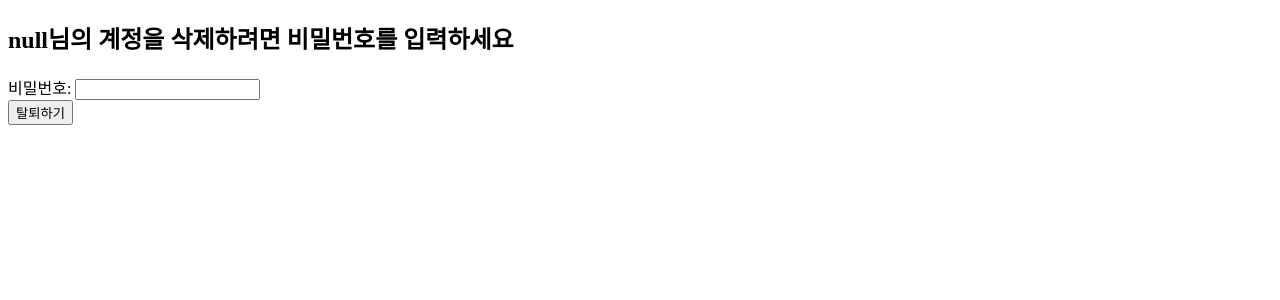
Repository: DearMyStore/ui-test
Page: http://localhost/HotelReservationSystem/deleteAccount.jsp
These files come from the project's save history. The page is drawn as it stood at one moment and after the next save; the edit follows.
The browser window is 1280 px wide. The pictures show the whole page.
The page is served by Tomcat 9.

Above is the page before, as saved 2025-05-27 13:29:52.

### HRS/HotelReservationSystem/src/main/webapp/deleteAccount.jsp
<%@ page language="java" contentType="text/html; charset=UTF-8" pageEncoding="UTF-8"%>
<%
    String sessionPassword = (String) session.getAttribute("password");
    String sessionUsername = (String) session.getAttribute("username");
    boolean deleted = false;

    if ("POST".equalsIgnoreCase(request.getMethod())) {
        String inputPassword = request.getParameter("password");

        if (sessionPassword != null && sessionPassword.equals(inputPassword)) {
            session.invalidate(); // 세션 삭제
            deleted = true;
        }
    }
%>
<!DOCTYPE html>
<html>
<head>
    <meta charset="UTF-8">
    <title>회원 탈퇴</title>
</head>
<body>
<% if (deleted) { %>
    <h3>회원 탈퇴가 완료되었습니다.</h3>
    <a href="register.jsp">다시 가입하기</a>
<% } else if ("POST".equalsIgnoreCase(request.getMethod())) { %>
    <h3>비밀번호가 일치하지 않습니다.</h3>
    <a href="deleteAccount.jsp">돌아가기</a>
<% } else { %>
    <h2><%= sessionUsername %>님의 계정을 삭제하려면 비밀번호를 입력하세요</h2>
    <form method="post">
        비밀번호: <input type="password" name="password" required><br>
        <input type="submit" value="탈퇴하기">
    </form>
<% } %>
</body>
</html>

After the next save:
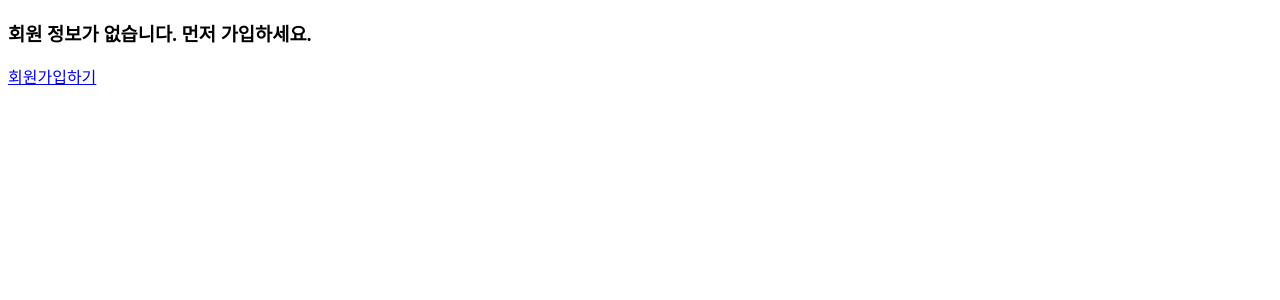
Saved 13 s later.
--- a/HRS/HotelReservationSystem/src/main/webapp/deleteAccount.jsp
+++ b/HRS/HotelReservationSystem/src/main/webapp/deleteAccount.jsp
@@ -1,15 +1,15 @@
 <%@ page language="java" contentType="text/html; charset=UTF-8" pageEncoding="UTF-8"%>
 <%
+    String sessionUsername = (String) session.getAttribute("username");
     String sessionPassword = (String) session.getAttribute("password");
-    String sessionUsername = (String) session.getAttribute("username");
-    boolean deleted = false;
+    boolean success = false;
 
     if ("POST".equalsIgnoreCase(request.getMethod())) {
         String inputPassword = request.getParameter("password");
 
         if (sessionPassword != null && sessionPassword.equals(inputPassword)) {
-            session.invalidate(); // 세션 삭제
-            deleted = true;
+            session.invalidate();
+            success = true;
         }
     }
 %>
@@ -20,18 +20,23 @@
     <title>회원 탈퇴</title>
 </head>
 <body>
-<% if (deleted) { %>
+<% if (success) { %>
     <h3>회원 탈퇴가 완료되었습니다.</h3>
-    <a href="register.jsp">다시 가입하기</a>
+    <a href="menu.jsp">← 메뉴로 돌아가기</a>
 <% } else if ("POST".equalsIgnoreCase(request.getMethod())) { %>
     <h3>비밀번호가 일치하지 않습니다.</h3>
-    <a href="deleteAccount.jsp">돌아가기</a>
-<% } else { %>
-    <h2><%= sessionUsername %>님의 계정을 삭제하려면 비밀번호를 입력하세요</h2>
+    <a href="deleteAccount.jsp">다시 시도하기</a>
+<% } else if (sessionUsername != null) { %>
+    <h2><%= sessionUsername %>님, 탈퇴하시려면 비밀번호를 입력하세요</h2>
     <form method="post">
         비밀번호: <input type="password" name="password" required><br>
         <input type="submit" value="탈퇴하기">
     </form>
+    <br>
+    <a href="menu.jsp">← 메뉴로 돌아가기</a>
+<% } else { %>
+    <h3>회원 정보가 없습니다. 먼저 가입하세요.</h3>
+    <a href="register.jsp">회원가입하기</a>
 <% } %>
 </body>
 </html>
